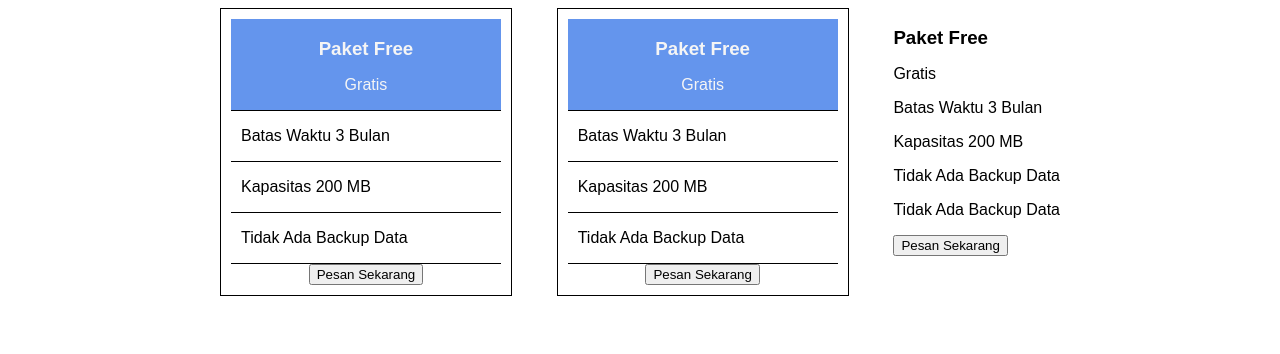
Repository: AHSANS354/tugas-sib5
Page: tugas css/index.html
These files come from the project's save history. The page is drawn as it stood at one moment and after the next save; the edit follows.
The browser window is 1280 px wide. The pictures show the whole page.

Above is the page before, as saved 2023-08-29 15:58:12.

### tugas css/index.html
<!DOCTYPE html>
<html lang="en">
  <head>
    <meta charset="UTF-8" />
    <meta name="viewport" content="width=device-width, initial-scale=1.0" />
    <title>Tugas css eksternal</title>
    <link rel="stylesheet" href="style.css" />
  </head>
  <body>
    <div class="container">
      <div class="row">
        <div class="col">
          <div class="card">
            <div class="header">
              <div>
                <h3>paket free</h3>
              </div>
              <div>
                <p>Gratis</p>
              </div>
            </div>
            <div class="content">
              <div>
                <p>batas waktu 3 bulan</p>
              </div>
              <div>
                <p>kapasitas 200 MB</p>
              </div>
              <div>
                <p>tidak ada backup data</p>
              </div>
              <div class="btn">
                <button type="button" class="tombol">pesan sekarang</button>
              </div>
            </div>
          </div>
          <div class="card">
            <div class="header">
              <div>
                <h3>paket free</h3>
              </div>
              <div>
                <p>Gratis</p>
              </div>
            </div>
            <div class="content">
              <div>
                <p>batas waktu 3 bulan</p>
              </div>
              <div>
                <p>kapasitas 200 MB</p>
              </div>
              <div>
                <p>tidak ada backup data</p>
              </div>
              <div class="btn">
                <button type="button">pesan sekarang</button>
              </div>
            </div>
          </div>
          <div class="card3">
            <div class="header3">
              <div>
                <h3>paket free</h3>
              </div>
              <div>
                <p>Gratis</p>
              </div>
            </div>
            <div class="content3">
              <div>
                <p>batas waktu 3 bulan</p>
              </div>
              <div>
                <p>kapasitas 200 MB</p>
              </div>
              <div>
                <p>tidak ada backup data</p>
              </div>
              <div>
                <p>tidak ada backup data</p>
              </div>
              <div class="btn3">
                <button type="button">pesan sekarang</button>
              </div>
            </div>
          </div>
        </div>
      </div>
    </div>
  </body>
</html>

### tugas css/style.css
* {
  font-family: sans-serif;
  text-transform: capitalize;
}
/* div awal */
.container {
  display: flex;
  justify-content: center;
}

.row {
  width: 70%;
}

.col {
  display: flex;
  justify-content: space-around;
}

/* css tampilan */

.card {
  border: 1px solid black;
  padding: 10px;
  width: 270px;
}
.header {
  background-color: cornflowerblue;
  color: whitesmoke;
  display: flex;
  justify-content: center;
  align-items: center;
  flex-direction: column;
}

.content div {
  border-top: 1px solid black;
}

.content p {
  padding-left: 10px;
}

.btn {
  display: flex;
  justify-content: center;
}

tombol {
  width: 100%;
  margin-top: 5px;
  padding: 10px 70px;
  background-color: cornflowerblue;
  border: none;
  color: whitesmoke;
}

h3 {
  margin-bottom: 0;
}

After the next save:
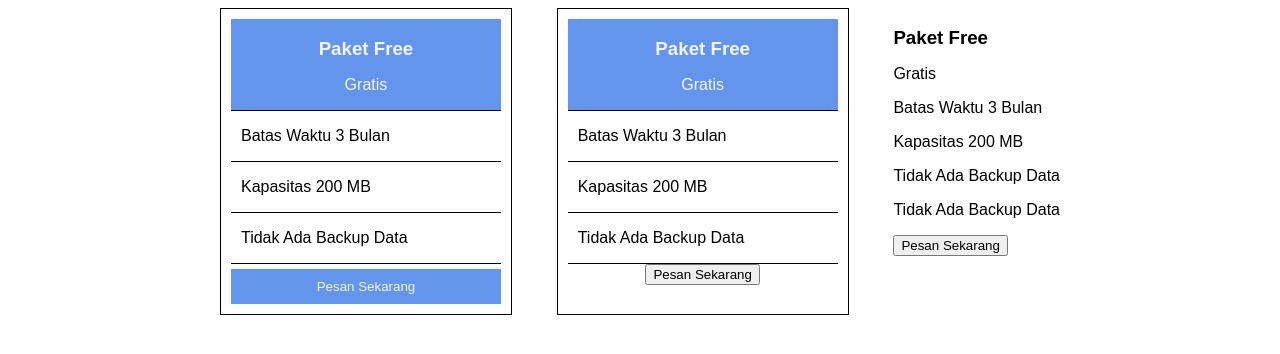
Saved 8 s later.
--- a/tugas css/style.css
+++ b/tugas css/style.css
@@ -46,7 +46,7 @@
   justify-content: center;
 }
 
-tombol {
+.tombol {
   width: 100%;
   margin-top: 5px;
   padding: 10px 70px;
